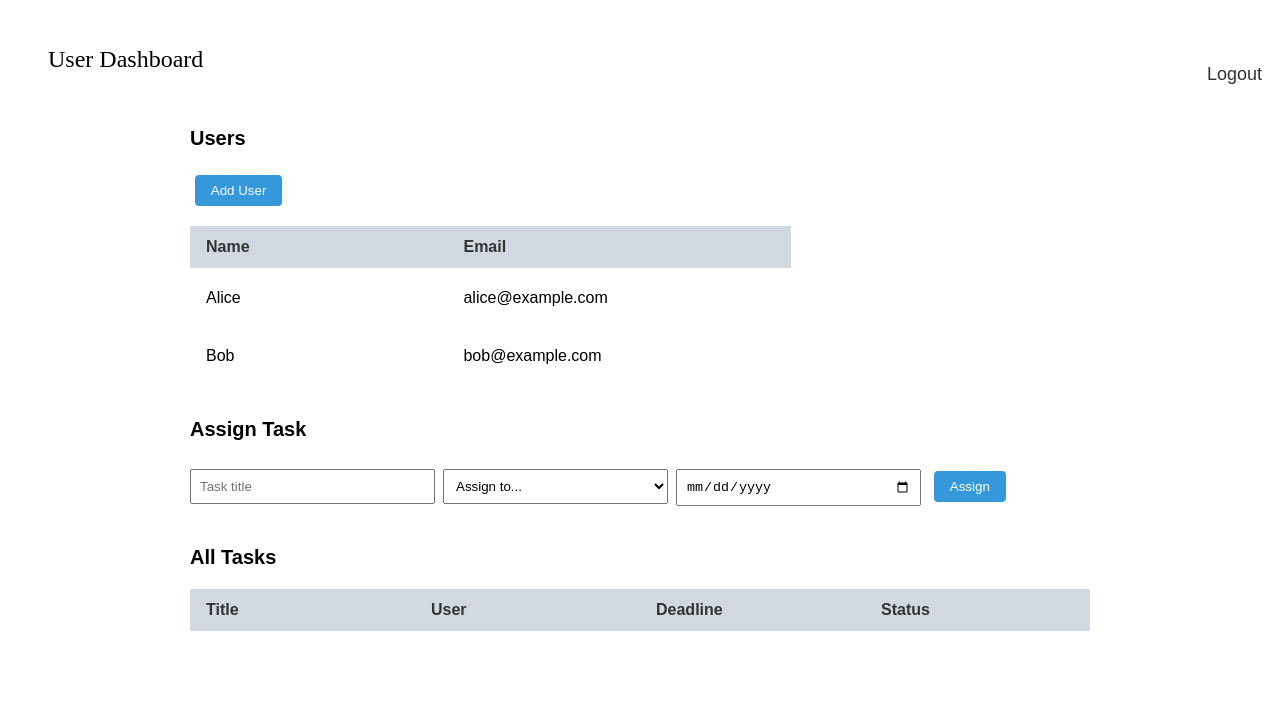
Repository: Edmund-Kiama/todoPHP
Page: /admin (app in task-manager-frontend/)
These files come from the project's save history. The page is drawn as it stood at one moment and after the next save; the edit follows.
The browser window is 1280 px wide. The pictures show the whole page.
The project was rebuilt for these pictures with package versions that can differ from the ones it lists, and the page was loaded fresh each time. Also part of the build but not shown: task-manager-frontend/vite.config.js, task-manager-frontend/src/components/Login/login.css, task-manager-frontend/src/components/Login/Login.vue, task-manager-frontend/src/components/User/UserDashboard.vue.

Above is the page before, as saved 2025-07-12 21:51:36.

### task-manager-frontend/src/App.vue
<script setup>
  import Navbar from './components/Navbar/Navbar.vue';
  import { store } from './store';
</script>

<template>
  <Navbar />
  <router-view />
</template>

### task-manager-frontend/src/router/index.js
import { createRouter, createWebHistory } from 'vue-router';
import Login from '../components/Login/Login.vue';
import AdminDashboard from '../components/Admin/AdminDashboard.vue';
import UserDashboard from '../components/User/UserDashboard.vue';

const routes = [
  { path: '/', name: 'Login', component: Login },
  { path: '/admin', name: 'AdminDashboard', component: AdminDashboard },
  { path: '/user', name: 'UserDashboard', component: UserDashboard }
];

const router = createRouter({
  history: createWebHistory(),
  routes
});

export default router;

### task-manager-frontend/src/components/Navbar/Navbar.vue

<template>
  <nav v-if="store.user.loggedIn" class="navbar">
    <ul>
      <li v-if="user.role === 'admin'">Admin Dashboard</li>
      <li v-if="user.role === 'user'">User Dashboard</li>
      <li>
        <h2 >{{user.username}}</h2>
        <button @click="logout">Logout</button>
      </li>
    </ul>
  </nav>
</template>

<script setup>
  import "./nav.css"
  import { store } from '../../store'
  import { useRouter } from 'vue-router'

  const router = useRouter()

  const user = store.user
  if (!user.loggedIn) router.push('/')

  function logout() {
    store.user.role = null
    store.user.loggedIn = false
    localStorage.removeItem('token')
    router.push('/')
  }
</script>

### task-manager-frontend/src/store.js
import { reactive } from 'vue'

export const store = reactive({
  user: {
    role: "user",
    loggedIn: true,
    username: null
  },
})

### task-manager-frontend/src/components/Admin/AdminDashboard.vue
<script setup>
  import './admin.css'

  import { ref } from 'vue';

  const users = ref([
    { name: 'Alice', email: 'alice@example.com' },
    { name: 'Bob', email: 'bob@example.com' }
  ]);

  const tasks = ref([]);

  const taskForm = ref({
    title: '',
    user: '',
    deadline: '',
    status: 'Pending'
  });

  const userForm = ref({
    name: '',
    email: ''
  });
  const editingIndex = ref(null);
  const showUserModal = ref(false);

  function assignTask() {
    tasks.value.push({ ...taskForm.value });
    taskForm.value.title = '';
    taskForm.value.user = '';
    taskForm.value.deadline = '';
  }

  function deleteUser(index) {
    users.value.splice(index, 1);
  }

  function openUserForm(user = null, index = null) {
    if (user) {
      userForm.value = { ...user };
      editingIndex.value = index;
    } else {
      userForm.value = { name: '', email: '' };
      editingIndex.value = null;
    }
    showUserModal.value = true;
  }

  function saveUser() {
    if (editingIndex.value !== null) {
      users.value[editingIndex.value] = { ...userForm.value };
    } else {
      users.value.push({ ...userForm.value });
    }
    closeUserForm();
  }

  function closeUserForm() {
    userForm.value = { name: '', email: '' };
    editingIndex.value = null;
    showUserModal.value = false;
  }
</script>
<template>
  <div class="admin-dashboard">
    <!-- Users Section -->
    <section class="section">
      <h3>Users</h3>
      <button @click="openUserForm()">Add User</button>

      <table>
        <tr>
          <th>Name</th><th>Email</th>
        </tr>
        <tr v-for="(user, index) in users" :key="index">
          <td>{{ user.name }}</td>
          <td>{{ user.email }}</td>
          <td>
            <button @click="openUserForm(user, index)">Edit</button>
            <button @click="deleteUser(index)">Delete</button>
          </td>
        </tr>
      </table>
    </section>

    <!-- Task Assignment -->
    <section class="section">
      <h3>Assign Task</h3>
      <form @submit.prevent="assignTask" class="assign">
        <input v-model="taskForm.title" placeholder="Task title" required />
        <select v-model="taskForm.user" required>
          <option disabled value="">Assign to...</option>
          <option v-for="user in users" :key="user.email" :value="user.email">{{ user.name }}</option>
        </select>
        <input type="date" v-model="taskForm.deadline" required />
        <button type="submit">Assign</button>
      </form>
    </section>

    <!-- Task List -->
    <section class="section">
      <h3>All Tasks</h3>
      <table>
        <tr>
          <th>Title</th><th>User</th><th>Deadline</th><th>Status</th>
        </tr>
        <tr v-for="(task, index) in tasks" :key="index">
          <td>{{ task.title }}</td>
          <td>{{ task.user }}</td>
          <td>{{ task.deadline }}</td>
          <td>{{ task.status }}</td>
        </tr>
      </table>
    </section>

    <!-- Add/Edit User -->
    <div v-if="showUserModal" class="modal">
      <div class="modal-content">
        <h3>{{ editingIndex !== null ? 'Edit' : 'Add' }} User</h3>
        <form @submit.prevent="saveUser">
          <div class="inputs">
            <input v-model="userForm.name" placeholder="Name" required />
            <input v-model="userForm.email" placeholder="Email" required />
          </div>
          <div>
            <button type="submit">Save</button>
            <button type="button" @click="closeUserForm">Cancel</button>
          </div>
        </form>
      </div>
    </div>
  </div>
</template>

### task-manager-frontend/src/components/Navbar/nav.css
.navbar {
    background: white;
}
.navbar ul {
    display: flex;
    justify-content: space-between;
    align-items: center;
    gap: 1rem;
    list-style: none;
    font-size: x-large;
}
.navbar button {
    text-decoration: none;
    background: none;
    border: none;
    padding: 10px;
    border-radius: 5px;
    color: #333;
    font-size: large;
    transition: all;
    transition-duration: 300ms;
    cursor: pointer;
}
.navbar button:hover {
    background-color:  #3498db;
    color: white;
}

### task-manager-frontend/src/components/Admin/admin.css
.admin-dashboard {
  max-width: 900px;
  margin: 2rem auto;
  font-family: Arial, sans-serif;
}
.admin-dashboard h3{
  font-size: 20px;
}
.admin-dashboard .section {
  margin-top: 2rem;
}
.admin-dashboard button {
  margin: 0.3rem;
  padding: 0.5rem 1rem;
  background: #3498db;
  color: white;
  border: none;
  border-radius: 4px;
  cursor: pointer;
}
.admin-dashboard table {
  width: 100%;
  border-collapse: collapse;
  margin-top: 1rem;
  font-family: sans-serif;
  border: none; /* remove outer border */
}
.admin-dashboard th,
.admin-dashboard td {
  padding: 0.75rem 1rem;
  text-align: left;
  border: none; /* remove inner lines */
  vertical-align: middle;
  min-width: 100px;
}

.admin-dashboard th {
  background-color: #d1d8df;
  font-weight: bold;
  color: #333;
}

.admin-dashboard td button {
  visibility: hidden;
  background-color: #4DA2F7;
  color: white;
  border: none;
  padding: 5px 10px;
  margin-right: 5px;
  border-radius: 4px;
  cursor: pointer;
  transition: background-color 0.2s ease;
}

.admin-dashboard button:hover {
  background-color: #1c74d9;
}

.admin-dashboard tr:hover td button {
  visibility: visible;
}

.admin-dashboard tr:hover {
  background-color: #f0f8ff;
}

.admin-dashboard input, .admin-dashboard select {
  padding: 0.5rem;
  margin: 0.5rem 0.5rem 0.5rem 0;
}

.admin-dashboard .modal {
  position: fixed;
  top: 0; left: 0;
  width: 100vw; height: 100vh;
  background: rgba(0,0,0,0.4);
  display: flex;
  justify-content: center;
  align-items: center;
}

.admin-dashboard .modal-content {
  background: white;
  padding: 2rem;
  text-align: center;
  border-radius: 8px;
}
.admin-dashboard .modal-content .inputs{
  display: flex;
  flex-direction: column;
}
.admin-dashboard .modal-content input {
  width: 300px;
}
.admin-dashboard .assign input,
.admin-dashboard .assign select {
  width: 25%;
}

### task-manager-frontend/src/components/User/user.css
.user-dashboard {
    max-width: 800px;
    margin: 2rem auto;
    font-family: Arial, sans-serif;
}

.user-dashboard table {
    width: 100%;
    border-collapse: collapse;
    margin-top: 1rem;
}

.user-dashboard th, td {
    padding: 0.6rem;
    border: 1px solid #ccc;
    text-align: left;
}

.user-dashboard button {
    padding: 0.4rem 0.8rem;
    background: #2ecc71;
    color: white;
    border: none;
    border-radius: 4px;
    cursor: pointer;
}

.user-dashboard button:hover {
    background: #27ae60;
}

Loaded but not shown: task-manager-frontend/index.html (common file); task-manager-frontend/src/main.js (common file)

After the next save:
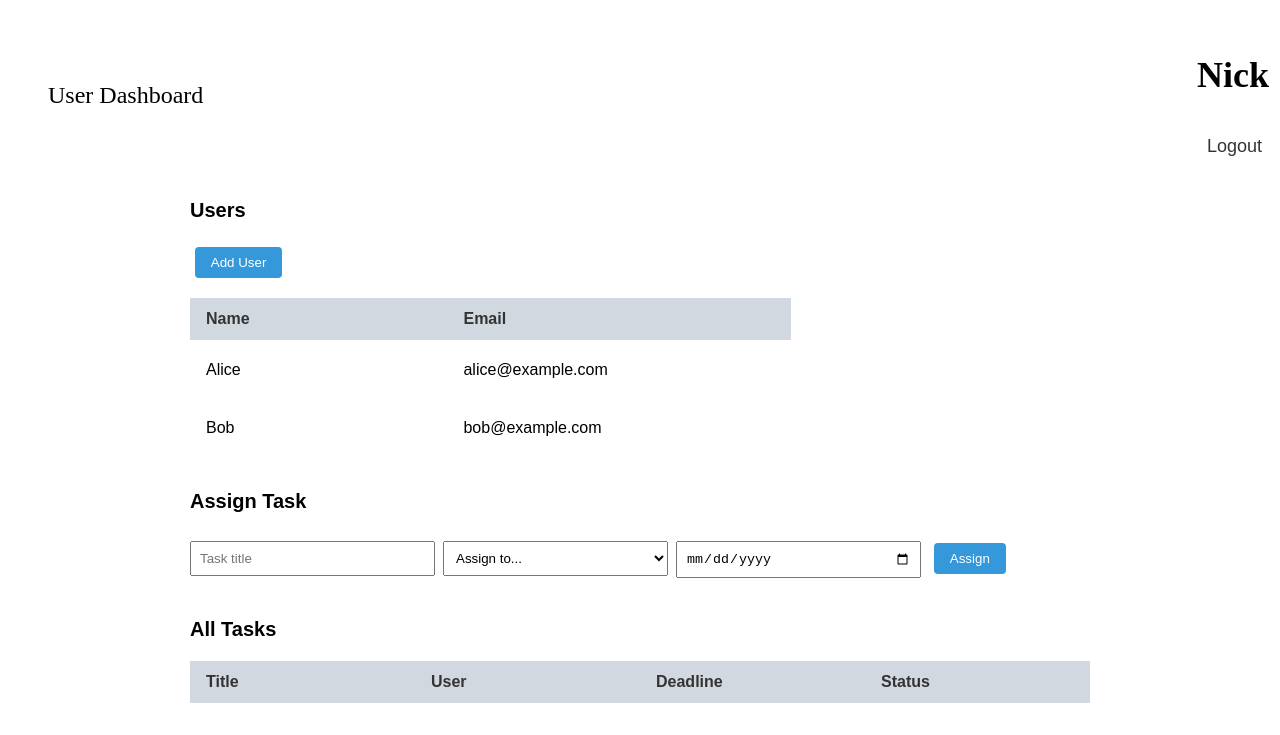
Saved 12 s later.
--- a/task-manager-frontend/src/store.js
+++ b/task-manager-frontend/src/store.js
@@ -4,6 +4,6 @@ export const store = reactive({
   user: {
     role: "user",
     loggedIn: true,
-    username: null
+    username: "Nick"
   },
 })
